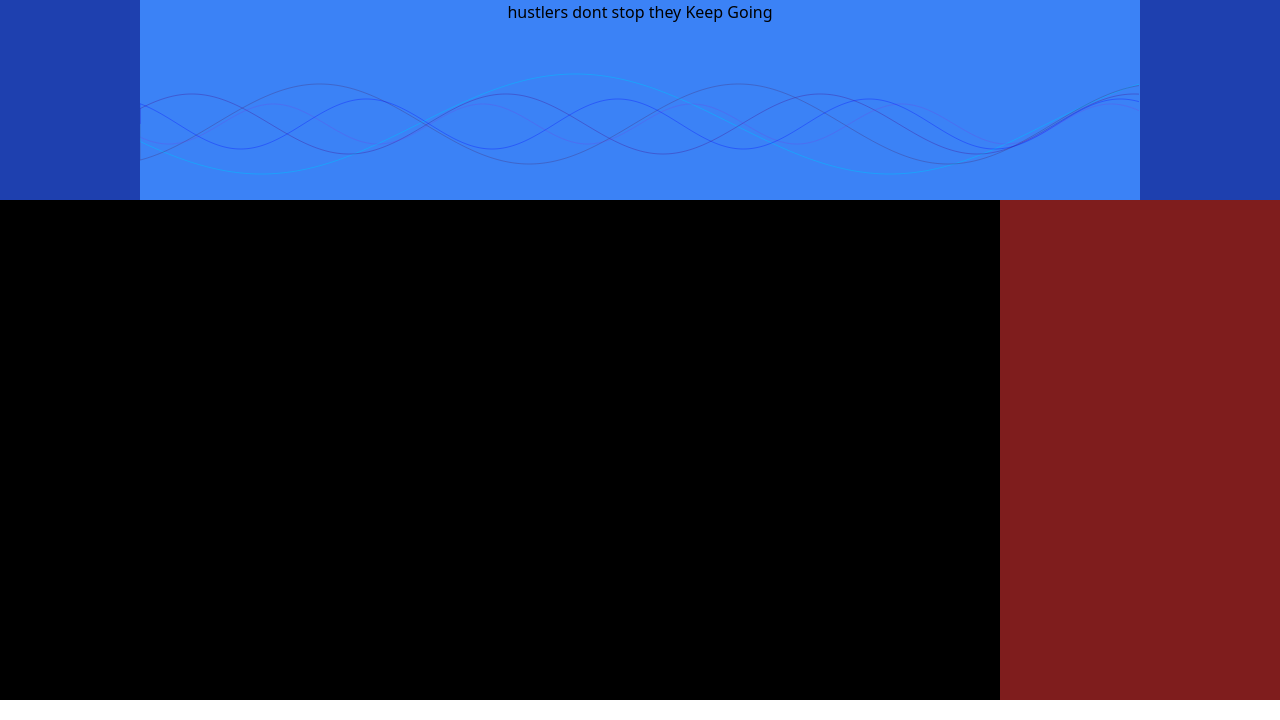
Repository: TMuse333/quantum-experiments
Page: /
The author's editor kept a copy of each file at every save. The page is drawn from the files as they stood at one save, then again after the next save.
The browser window is 1280 px wide. The pictures show the whole page.
The project was rebuilt for these pictures with package versions that can differ from the ones it lists, and the page was loaded fresh each time. Also part of the build but not shown: vite.config.ts.

Above is the page before, as saved 2024-06-08 18:28:38.

### src/App.tsx
import { useState } from 'react'
import reactLogo from './assets/react.svg'
import viteLogo from '/vite.svg'
import './App.css'
import SineWave from './components/sineWave/sineWave'
import ThreeJSWave from './components/sineWave/threeeJsWave/threeJsWave'

function App() {
  const [count, setCount] = useState(0)

  return (
    <>
    <div className='bg-blue-800 absolute top-0 left-0
    flex items-center flex-col justify-center w-screen'>


     <SineWave/>
     <ThreeJSWave/>
     </div>
    </>
  )
}

export default App

### src/components/sineWave/sineWave.tsx
import React, { useRef, useEffect } from 'react';

const SineWave: React.FC = () => {
  const canvasRef = useRef<HTMLCanvasElement | null>(null);

  useEffect(() => {
    const canvas = canvasRef.current;
    if (!canvas) return;

    const c = canvas.getContext('2d');
    if (!c) return;

    const waves = [
      {
        amplitude: 50,
        frequency: 0.01,
        speed: 0.02,
        xOffset: 0,
        color: 'rgba(0, 191, 255, 0.5)', // Sky Blue
      },
      {
        amplitude: 30,
        frequency: 0.02,
        speed: 0.03,
        xOffset: 0,
        color: 'rgba(75, 0, 130, 0.3)', // Indigo
      },
      {
        amplitude: 20,
        frequency: 0.03,
        speed: 0.04,
        xOffset: 0,
        color: 'rgba(138, 43, 226, 0.2)', // Blue Violet
      },
      {
        amplitude: 40,
        frequency: 0.015,
        speed: 0.025,
        xOffset: 0,
        color: 'rgba(72, 61, 139, 0.4)', // Dark Slate Blue
      },
      {
        amplitude: 25,
        frequency: 0.025,
        speed: 0.035,
        xOffset: 0,
        color: 'rgba(0, 0, 255, 0.3)', // Blue
      },
    ];

    const resizeHandler = () => {
      canvas.width = canvas.parentElement?.clientWidth ?? window.innerWidth;
      canvas.height = canvas.parentElement?.clientHeight ?? window.innerHeight;
    };

    window.addEventListener('resize', resizeHandler);
    resizeHandler();

    const draw = () => {
      c.clearRect(0, 0, canvas.width, canvas.height);
      waves.forEach((wave) => {
        c.beginPath();
        c.moveTo(0, canvas.height / 2);
        for (let x = 0; x < canvas.width; x++) {
          const y = canvas.height / 2 + Math.sin(x * wave.frequency + wave.xOffset) * wave.amplitude;
          c.lineTo(x, y);
        }
        c.strokeStyle = wave.color;
        c.stroke();
        wave.xOffset += wave.speed;
      });
      requestAnimationFrame(draw);
    };

    draw();

    return () => {
      window.removeEventListener('resize', resizeHandler);
    };
  }, []);

  return (
    <div className='w-screen bg-blue-500 relative h-[200px] max-w-[1000px] ml-auto mr-auto'>
        <h1>hustlers dont stop they Keep Going</h1>
      <canvas className='h-full w-full' ref={canvasRef} />
    </div>
  );
};

export default SineWave;

### src/components/sineWave/threeeJsWave/threeJsWave.tsx
import React, { useRef, useEffect } from 'react';
import * as THREE from 'three';

const ThreeJSWave: React.FC = () => {
  const containerRef = useRef<HTMLDivElement | null>(null);
  const frameId = useRef<number | null>(null);

  useEffect(() => {
    const container = containerRef.current;
    if (!container) return;

    const scene = new THREE.Scene();
    const camera = new THREE.PerspectiveCamera(75, container.clientWidth / container.clientHeight, 0.1, 1000);
    const renderer = new THREE.WebGLRenderer({ antialias: true });

    renderer.setSize(container.clientWidth, container.clientHeight);
    container.appendChild(renderer.domElement);

    // Adjust camera position to the left
    camera.position.set(-2.5, 0, 5);

    // Create waves
    const createWaveMesh = (amplitude: number, frequency: number, color: number, segments: number) => {
      const geometry = new THREE.BufferGeometry();
      const positions = new Float32Array(segments * 3);

      for (let i = 0; i < segments; i++) {
        positions[i * 3] = (i / segments) * 10 - 10; // Adjust x-position to the left
        positions[i * 3 + 1] = 0; // y
        positions[i * 3 + 2] = 0; // z
      }

      geometry.setAttribute('position', new THREE.BufferAttribute(positions, 3));

      const material = new THREE.LineBasicMaterial({ color });
      const line = new THREE.Line(geometry, material);

      return { line, amplitude, frequency, offset: 0 };
    };

    const waves = [
      createWaveMesh(1.5, 0.02, 0x00bfff, 100), // Sky Blue
      createWaveMesh(1.3, 0.04, 0x4b0082, 100), // Indigo
      createWaveMesh(1.2, 0.06, 0x8a2be2, 100), // Blue Violet
      createWaveMesh(1.4, 0.03, 0x483d8b, 100), // Dark Slate Blue
      createWaveMesh(1.25, 0.05, 0x0000ff, 100), // Blue
    ];

    waves.forEach(wave => scene.add(wave.line));

    const animate = () => {
      waves.forEach(wave => {
        const positions = wave.line.geometry.attributes.position.array as Float32Array;
        for (let i = 0; i < positions.length / 3; i++) {
          positions[i * 3 + 1] = Math.sin(i * wave.frequency + wave.offset) * wave.amplitude;
        }
        wave.line.geometry.attributes.position.needsUpdate = true;
        wave.offset += wave.speed;
      });

      renderer.render(scene, camera);
      frameId.current = requestAnimationFrame(animate);
    };

    animate();

    const handleResize = () => {
      if (container) {
        camera.aspect = container.clientWidth / container.clientHeight;
        camera.updateProjectionMatrix();
        renderer.setSize(container.clientWidth, container.clientHeight);
      }
    };

    window.addEventListener('resize', handleResize);

    return () => {
      if (frameId.current !== null) {
        cancelAnimationFrame(frameId.current);
      }
      window.removeEventListener('resize', handleResize);
      container.removeChild(renderer.domElement);
    };
  }, []);

  return (
    <div className='w-screen bg-red-900'>
      <div className='w-full h-[500px] max-w-[1000px] mr-auto bg-red-400' ref={containerRef}></div>
    </div>
  );
};

export default ThreeJSWave;

Loaded but not shown: index.html (common file); src/main.tsx (common file); src/index.css (common file); src/App.css (common file); tailwind.config.js (common file)

After the next save:
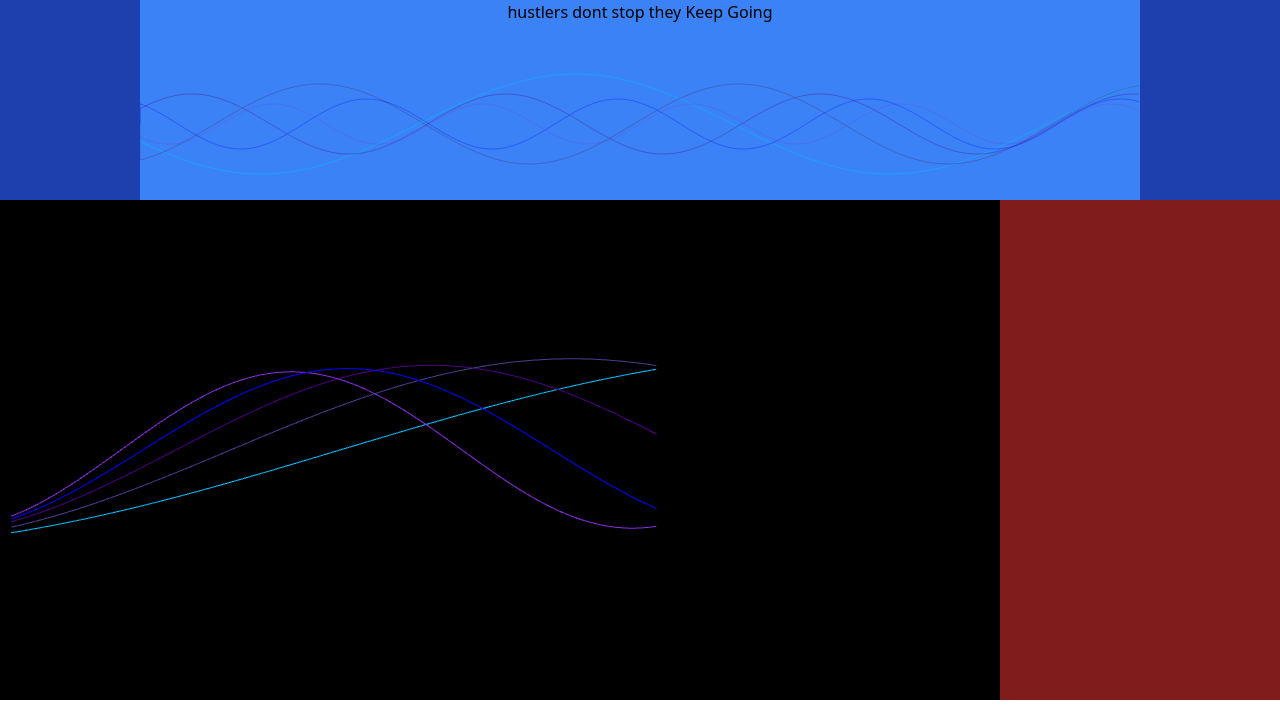
Saved 11 s later.
--- a/src/components/sineWave/threeeJsWave/threeJsWave.tsx
+++ b/src/components/sineWave/threeeJsWave/threeJsWave.tsx
@@ -55,7 +55,7 @@ const ThreeJSWave: React.FC = () => {
           positions[i * 3 + 1] = Math.sin(i * wave.frequency + wave.offset) * wave.amplitude;
         }
         wave.line.geometry.attributes.position.needsUpdate = true;
-        wave.offset += wave.speed;
+        wave.offset += 1;
       });
 
       renderer.render(scene, camera);
